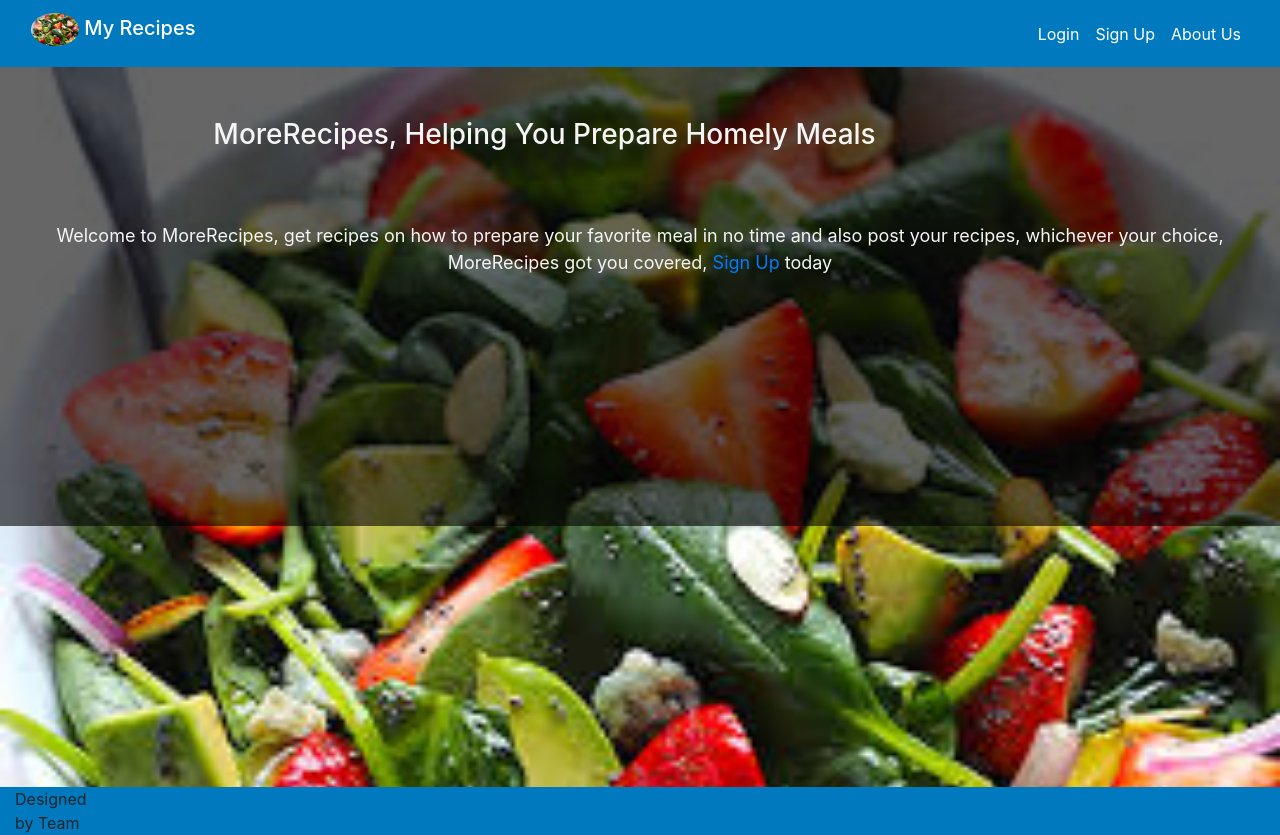
Repository: UggoPrince/more-recipes
Page: html/index.html
These files come from the project's save history. The page is drawn as it stood at one moment and after the next save; the edit follows.
The browser window is 1280 px wide. The pictures show the whole page.

Above is the page before, as saved 2018-07-30 07:14:37.

### html/index.html
<html lang="en">
<head>
  <meta charset="UTF-8">
  <meta name="viewport" content="width=device-width, initial-scale=1.0">
  <meta http-equiv="X-UA-Compatible" content="ie=edge">
  <link rel="stylesheet" href="https://maxcdn.bootstrapcdn.com/bootstrap/4.0.0/css/bootstrap.min.css" integrity="sha384-Gn5384xqQ1aoWXA+058RXPxPg6fy4IWvTNh0E263XmFcJlSAwiGgFAW/dAiS6JXm" crossorigin="anonymous"/>
  <style>
    main {
      background-color: rgba(0, 0, 3, 0.6);
      color: whitesmoke;
    }
    div#content {
      background-size: 100vw;
      background-repeat: no-repeat;
      background-image: url(../img/nav-image.jpg);
      background-size: cover;
      height: 100vh;
      background-repeat: no-repeat;
    }
    nav {
      background-color: #0079be;
      color: white;
    }
    .nav-link {
      color: white;
    }
  </style>
  <title>My Recipes Homepage</title>
</head>
<body>
  <nav class="xnav navbar navbar-expand-lg">
    <div class="container-fluid">
      <h3 style="color: white;" class="navbar-brand">
        <img class="rounded-circle" src="../img/nav-image.jpg" style="width: 48px;" alt="logo"/>
        My Recipes
      </h3>
      <button class="navbar-toggler" type="button" data-toggle="collapse" aria-controls="navDropdown" aria-expanded="false" aria-label="Toggle Navigation" data-target="#navDropdown" >
        <span class="navbar-toggler-icon"></span>
      </button>
      <div class="collapse navbar-collapse justify-content-end brand-anchor" id="navDropdown">
        <ul class="navbar-nav">
          <li class="nav-item">
            <a class="nav-link" href="login.html">Login</a>
          </li>
          <li class="nav-item">
            <a class="nav-link" href="signup.html">Sign Up</a>
          </li>
          <li class="nav-item">
            <a class="nav-link" href="about.html">About Us</a>
          </li>
        </ul>
      </div>
    </div>
  </nav>
  <div id="content">
    <main class="container-fluid">
      <div class="row">
        <div class="offset-2 col-8;" style="margin-top: 4%;">
            <h3>MoreRecipes, Helping You Prepare Homely Meals</h3>
        </div>
      </div>
      <center>
        <div style="padding-top: 5%; padding-bottom: 20%; font-size: 18px;">
          Welcome to MoreRecipes, get recipes on how to prepare your favorite meal in no time and also post your recipes, whichever your choice, MoreRecipes got you covered, <a href="signup.html">Sign Up</a> today
        </div>
      </center>
    </main>
  </div>
  <footer class="container-fluid" style="background-color: #0079be;">
    <div class="row">
      <div class="col-1">Designed by Team</div>
    </div>
  </footer>
</body>
</html>

After the next save:
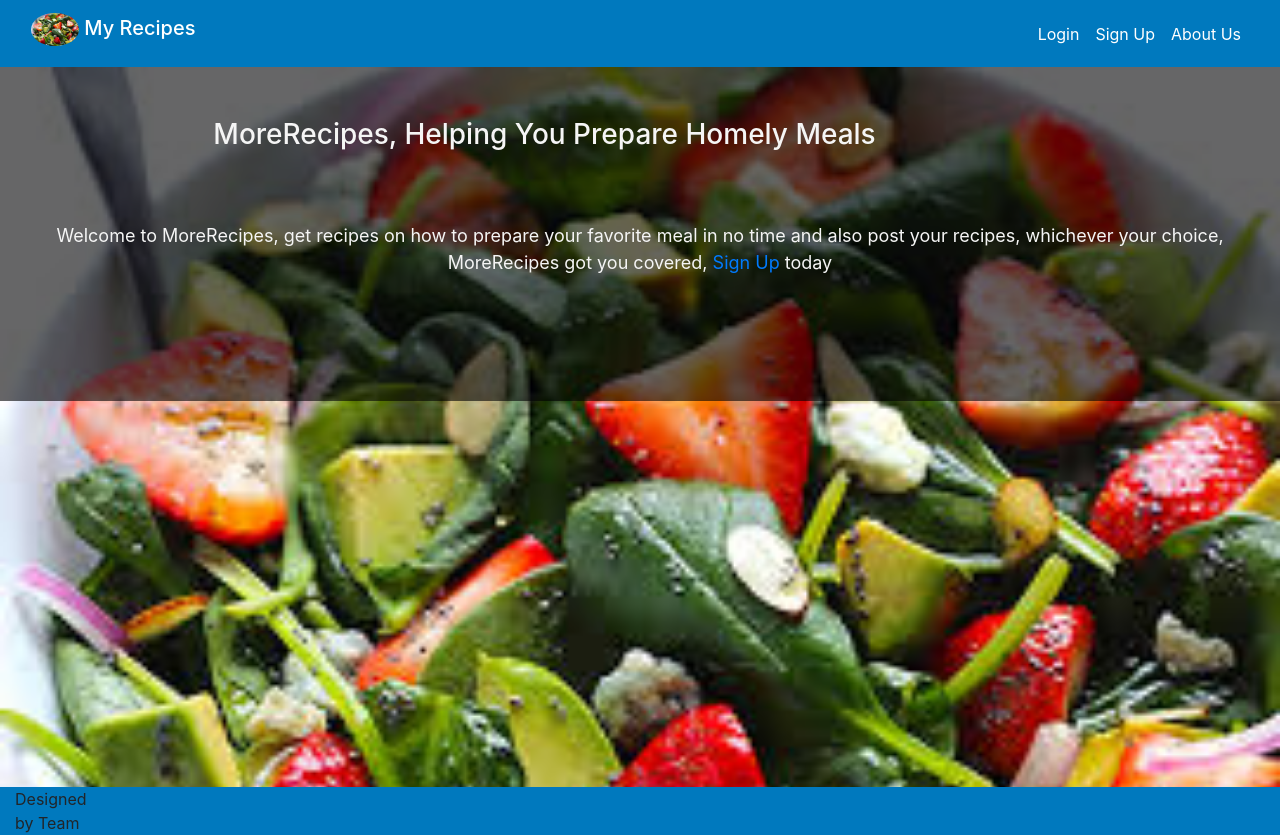
Saved 55 s later.
--- a/html/index.html
+++ b/html/index.html
@@ -60,7 +60,7 @@
         </div>
       </div>
       <center>
-        <div style="padding-top: 5%; padding-bottom: 20%; font-size: 18px;">
+        <div style="padding-top: 5%; padding-bottom: 10%; font-size: 18px;">
           Welcome to MoreRecipes, get recipes on how to prepare your favorite meal in no time and also post your recipes, whichever your choice, MoreRecipes got you covered, <a href="signup.html">Sign Up</a> today
         </div>
       </center>
